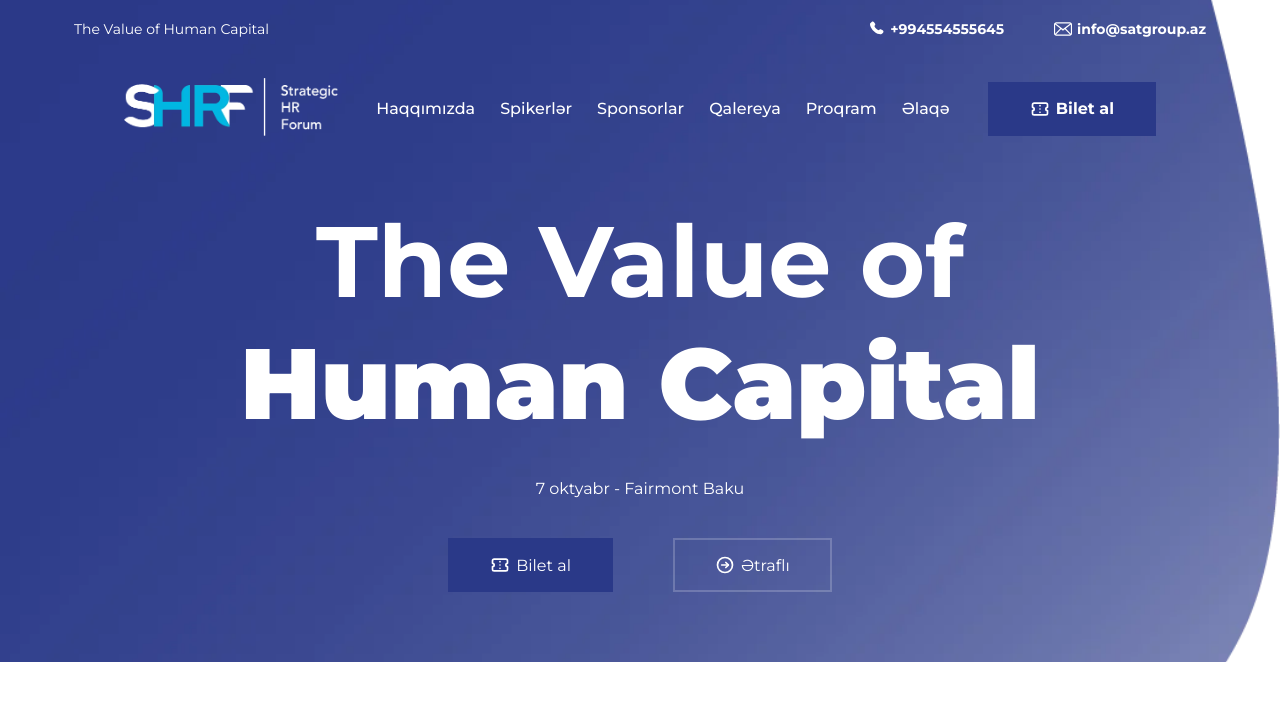
Repository: allahverdiyevabdulhasan/shrf
Page: /
These files come from the project's save history. The page is drawn as it stood at one moment and after the next save; the edit follows.
The browser window is 1280 px wide. The pictures show the whole page.
The project was rebuilt for these pictures with package versions that can differ from the ones it lists, and the page was loaded fresh each time. Also part of the build but not shown: vite.config.js, src/App.css.

Above is the page before, as saved 2024-08-16 10:46:07.

After the next save:
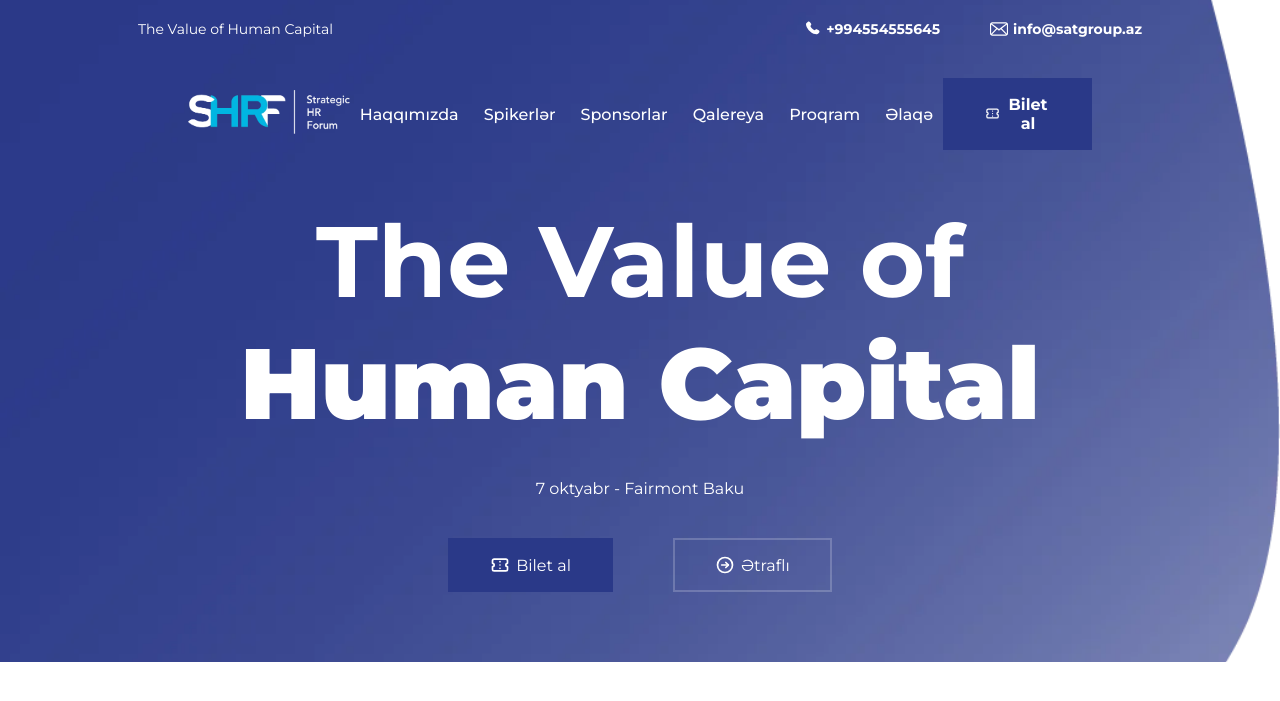
Saved 9 s later.
--- a/src/index.css
+++ b/src/index.css
@@ -27,7 +27,7 @@
 }
 
 .container {
-  max-width: clamp(900px, 90vw, 1170px);
+  max-width: clamp(900px, 80vw, 1170px);
   margin: 0 auto;
   padding: 0 10px;
 }

After the save that followed:
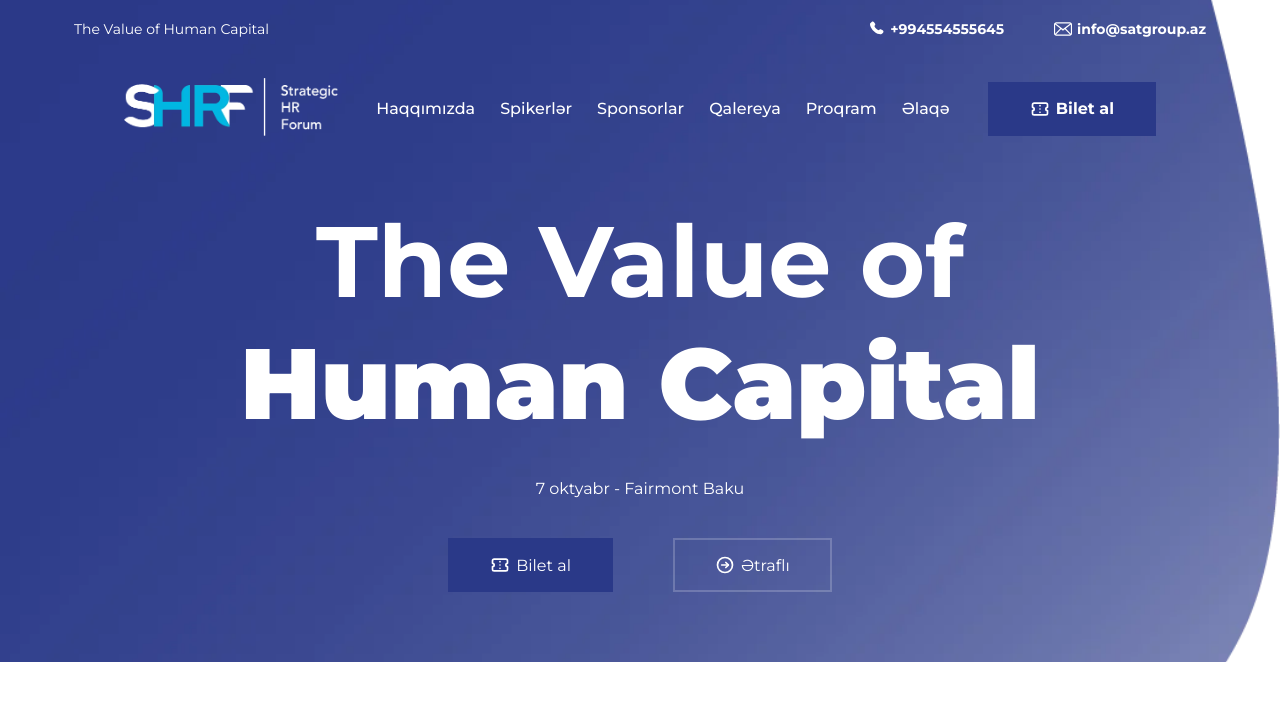
Saved 5 s later.
--- a/src/index.css
+++ b/src/index.css
@@ -27,7 +27,7 @@
 }
 
 .container {
-  max-width: clamp(900px, 80vw, 1170px);
+  max-width: clamp(900px, 90vw, 1170px);
   margin: 0 auto;
   padding: 0 10px;
 }
